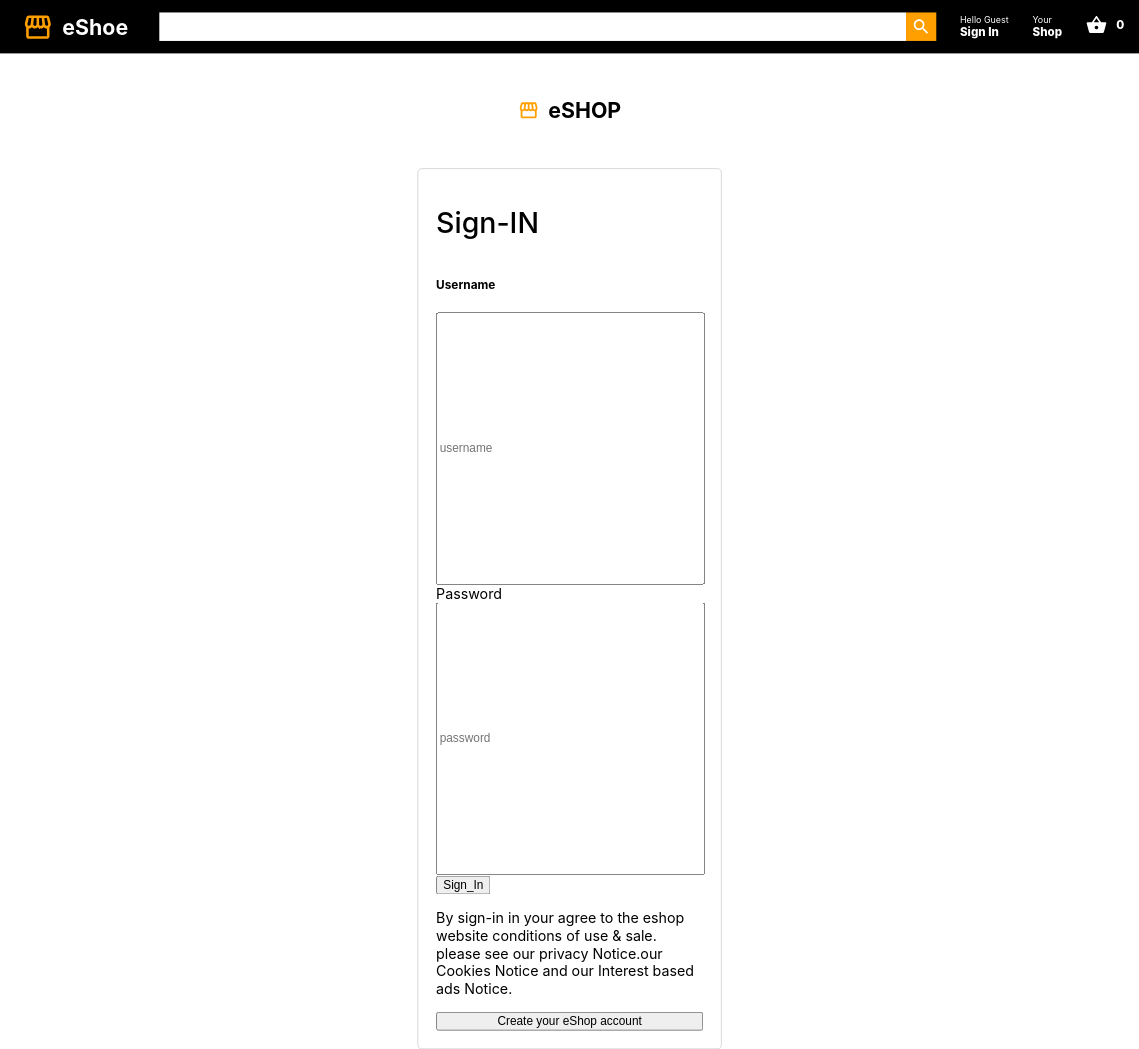
Repository: sandeepreddyvitta/react
Page: /login (app in eshop/)
The author's editor kept a copy of each file at every save. The page is drawn from the files as they stood at one save, then again after the next save.
The browser window is 1280 px wide. The pictures show the whole page, at 89% of full size.
The project was rebuilt for these pictures with package versions that can differ from the ones it lists, and the page was loaded fresh each time. Also part of the build but not shown: eshop/src/components/products/product.scss, eshop/src/components/products/Product.js, eshop/src/components/home/home.scss, eshop/src/components/home/Home.js, eshop/src/components/checkOut/checkout.scss, eshop/src/components/checkOut/checkoutproduct.scss, eshop/src/components/checkOut/CheckOutProduct.js, eshop/src/components/checkOut/subtotal.scss and 2 more.

Above is the page before, as saved 2022-12-07 11:46:02.

After the next save:
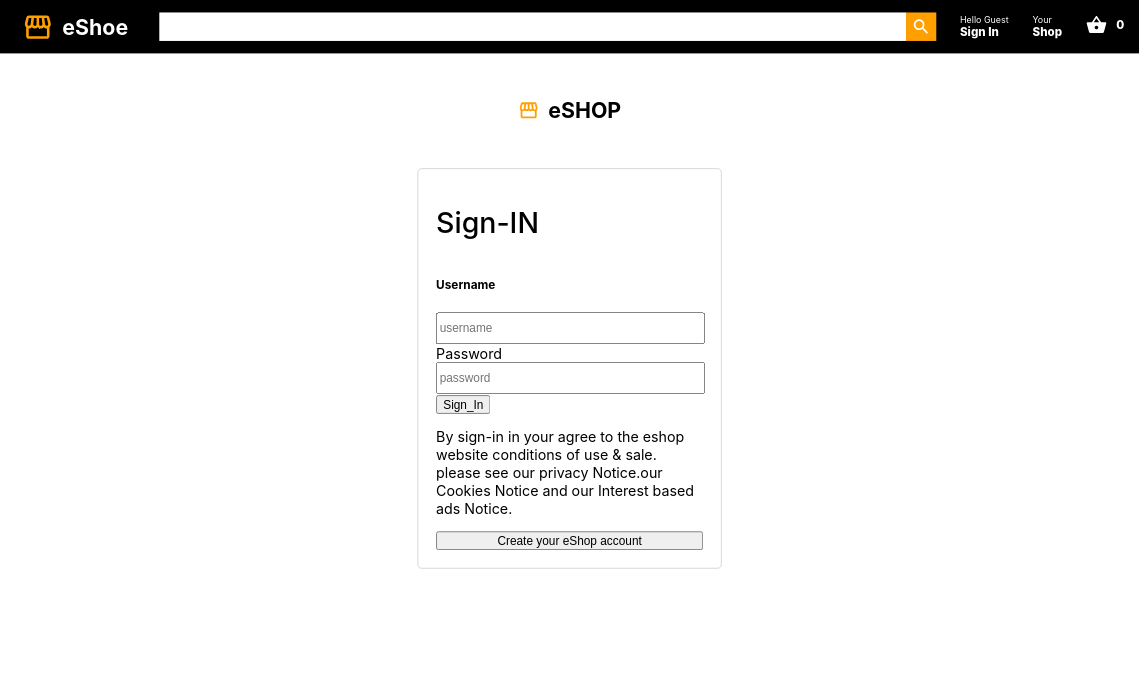
Saved 11 s later.
--- a/eshop/src/components/login/login.scss
+++ b/eshop/src/components/login/login.scss
@@ -25,7 +25,7 @@
         border-radius: 5px;
         padding: 20px;
         input{
-            height:300px;
+            height:30px;
             width:98%;
         }
     }
